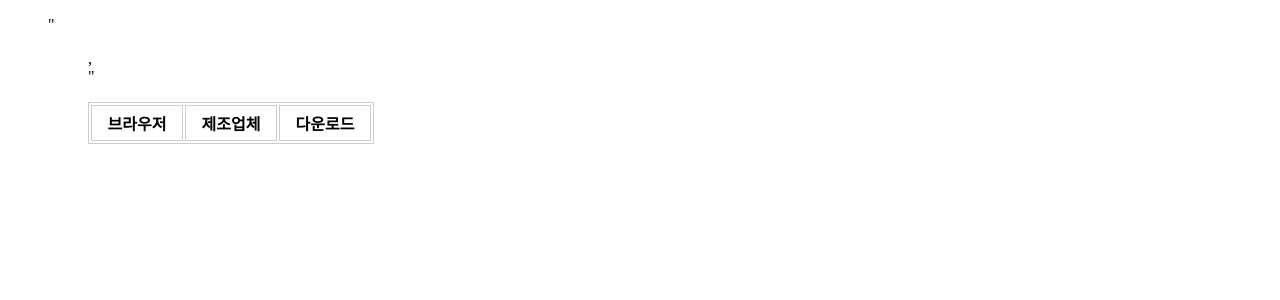
Repository: yeonddu/green_css
Page: web/pro01/songyeonsu/table2.html
These files come from the project's save history. The page is drawn as it stood at one moment and after the next save; the edit follows.
The browser window is 1280 px wide. The pictures show the whole page.

Above is the page before, as saved 2022-12-13 07:28:24.

### web/pro01/songyeonsu/table2.html
<!DOCTYPE html>
<html lang="ko">
<head>
<meta charset="utf-8">
<title>Insert title here</title>
<style>
	table, th, td {
		border:1px solid #ccc;
	}
	th, td {
	width:80px;
	padding:5px;
	}
</style>
</head>
<body>
<body>
	<figure>
		<figcaption>
			<p>"<figure>, <figcaption>"</p>
		</figcaption>

	<table>
		<tr>
			<th>브라우저</th>
			<th>제조업체</th>
			<th>다운로드</th>
		</tr>
</table>
</figure>
</body>
</html>

After the next save:
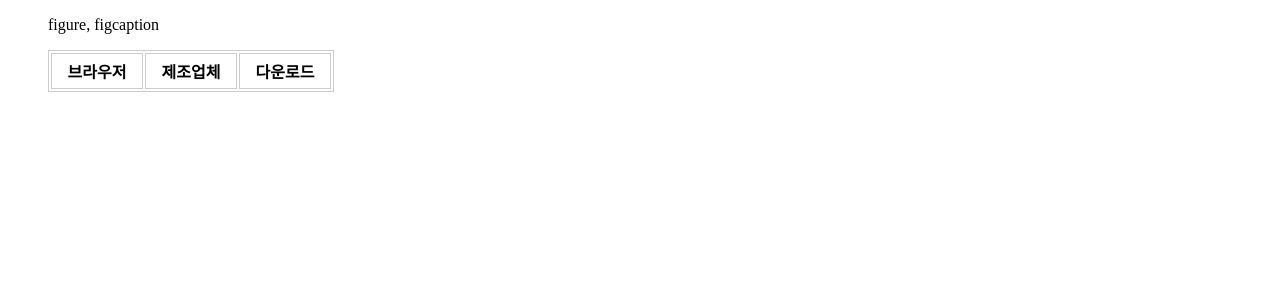
Saved 25 s later.
--- a/web/pro01/songyeonsu/table2.html
+++ b/web/pro01/songyeonsu/table2.html
@@ -17,7 +17,7 @@
 <body>
 	<figure>
 		<figcaption>
-			<p>"<figure>, <figcaption>"</p>
+			<p>figure, figcaption</p>
 		</figcaption>
 
 	<table>
